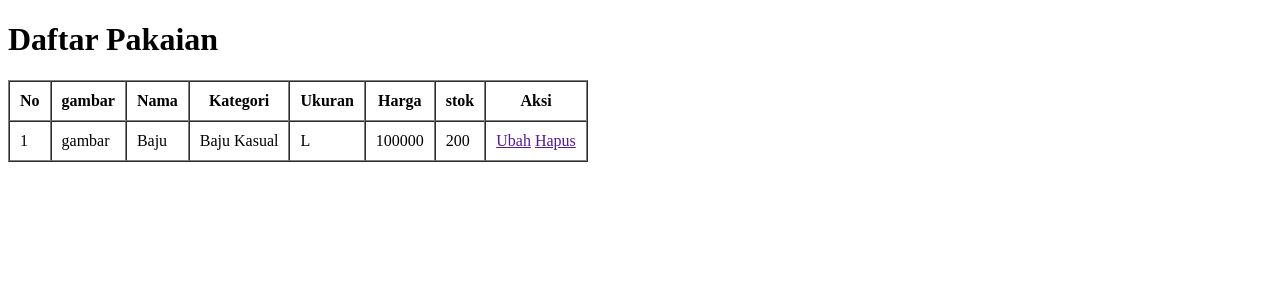
Repository: NovianRI/NovianRI.github.io
Page: http://localhost/
An editor plug-in stored every save of this project. The page is shown before and after the next save, followed by the edit.
The browser window is 1280 px wide. The pictures show the whole page.
The page is run by PHP 8.4 with error messages shown; the project is at /var/www/html/.

Above is the page before, as saved 2024-01-16 21:29:26.

### index.php
<!DOCTYPE html>
<html lang="en">
<head>
    <meta charset="UTF-8">
    <meta name="viewport" content="width=device-width, initial-scale=1.0">
    <title>Toko Pakaian</title>
</head>
<body>

    <h1>Daftar Pakaian</h1>

    <table border="1" cellpadding="10" cellspacing="0">
        <tr>
            <th>No</th>
            <th>gambar</th>
            <th>Nama</th>
            <th>Kategori</th>
            <th>Ukuran</th>
            <th>Harga</th>
            <th>stok</th>
            <th>Aksi</th>
        </tr>
            <td>1</td>
            <td>gambar</td>
            <td>Baju</td>
            <td>Baju Kasual</td>
            <td>L</td>
            <td>100000</td>
            <td>200</td>
            <td>
                <a href="">Ubah</a>
                <a href="">Hapus</a>
            </td>

    </table>

</body>
</html>

After the next save:
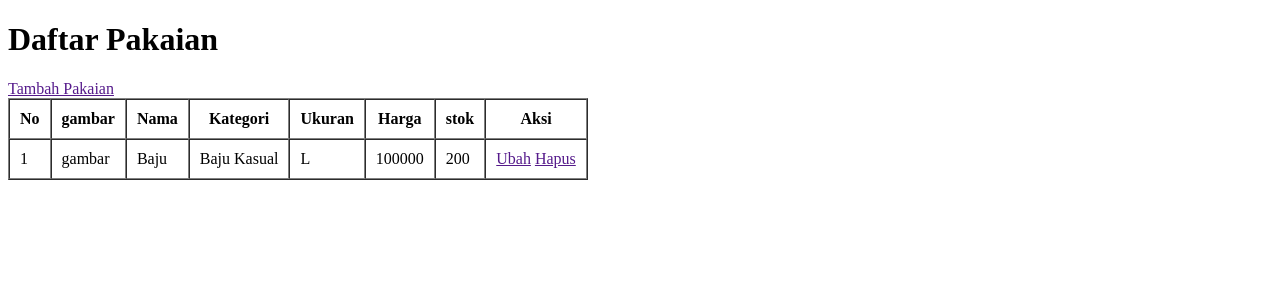
Saved 82 s later.
--- a/index.php
+++ b/index.php
@@ -8,6 +8,8 @@
 <body>
 
     <h1>Daftar Pakaian</h1>
+
+    <a href="">Tambah Pakaian</a>
 
     <table border="1" cellpadding="10" cellspacing="0">
         <tr>
